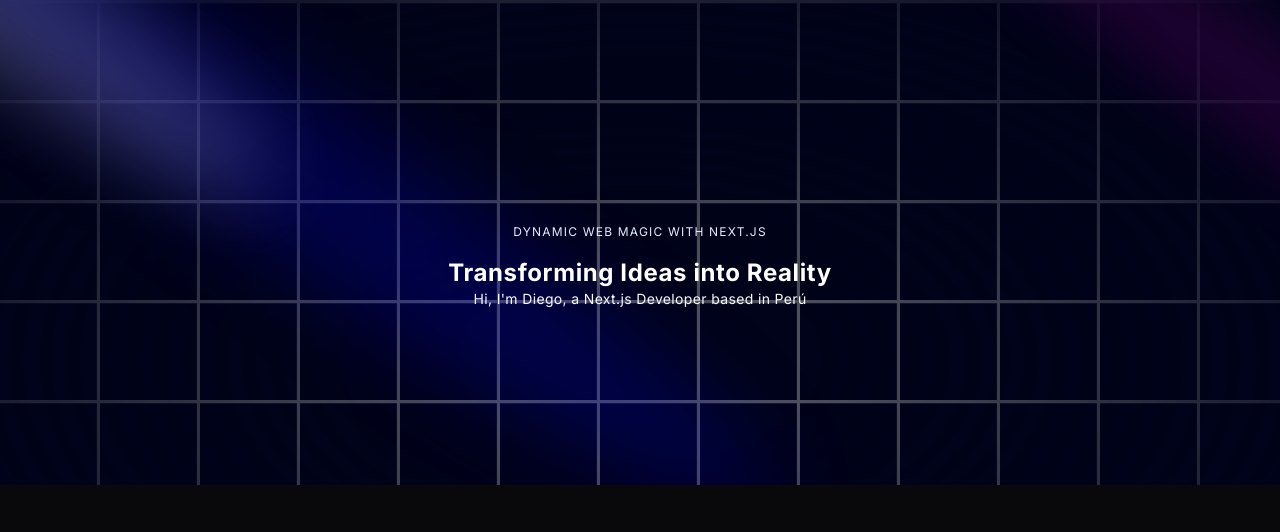
Repository: drsamame/portfolio.next
Page: /
These files come from the project's save history. The page is drawn as it stood at one moment and after the next save; the edit follows.
The browser window is 1280 px wide. The pictures show the whole page.
The project was rebuilt for these pictures with package versions that can differ from the ones it lists, and the page was loaded fresh each time. The framework's server and built-in components were replaced by stand-ins that run in the browser. Also part of the build but not shown: next.config.mjs.

Above is the page before, as saved 2024-07-02 16:40:03.

After the next save:
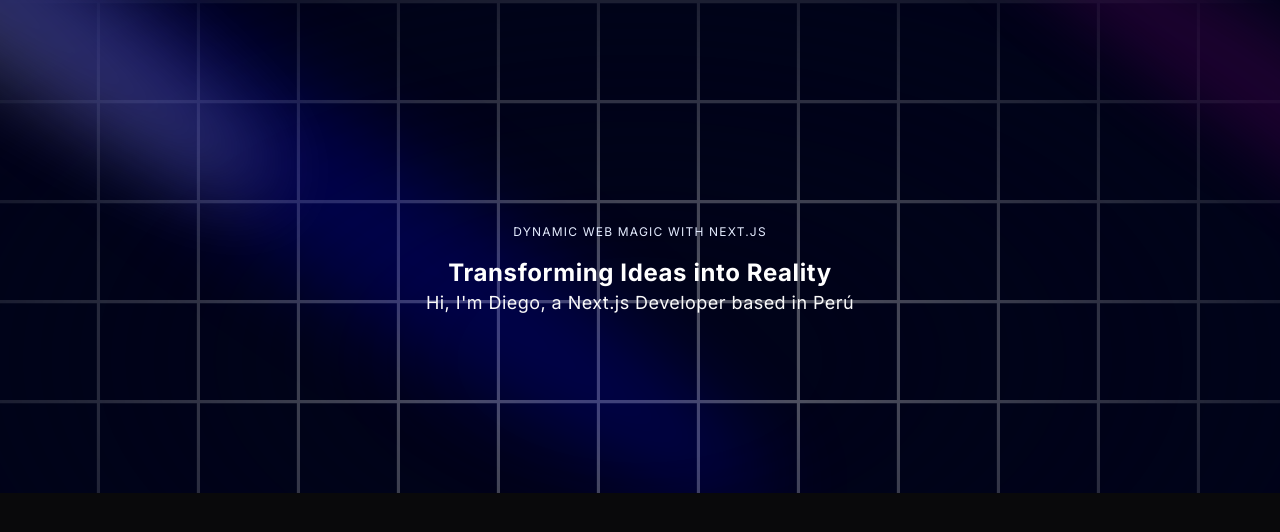
Saved 12 s later.
--- a/components/Hero.tsx
+++ b/components/Hero.tsx
@@ -29,7 +29,7 @@
 						className="text-center text-[40px] md:text-5xl lg:text-6xl"
 						words={'Transforming Ideas into Reality'}
 					></TextGenerateEffect>
-					<p className='text-center md:tracking-wide mb-4 text-sm'>Hi, I&apos;m Diego, a Next.js Developer based in Perú</p>
+					<p className='text-center md:tracking-wide mb-4 text-sm md:text-lg'>Hi, I&apos;m Diego, a Next.js Developer based in Perú</p>
 				</div>
 			</div>
 		</div>
